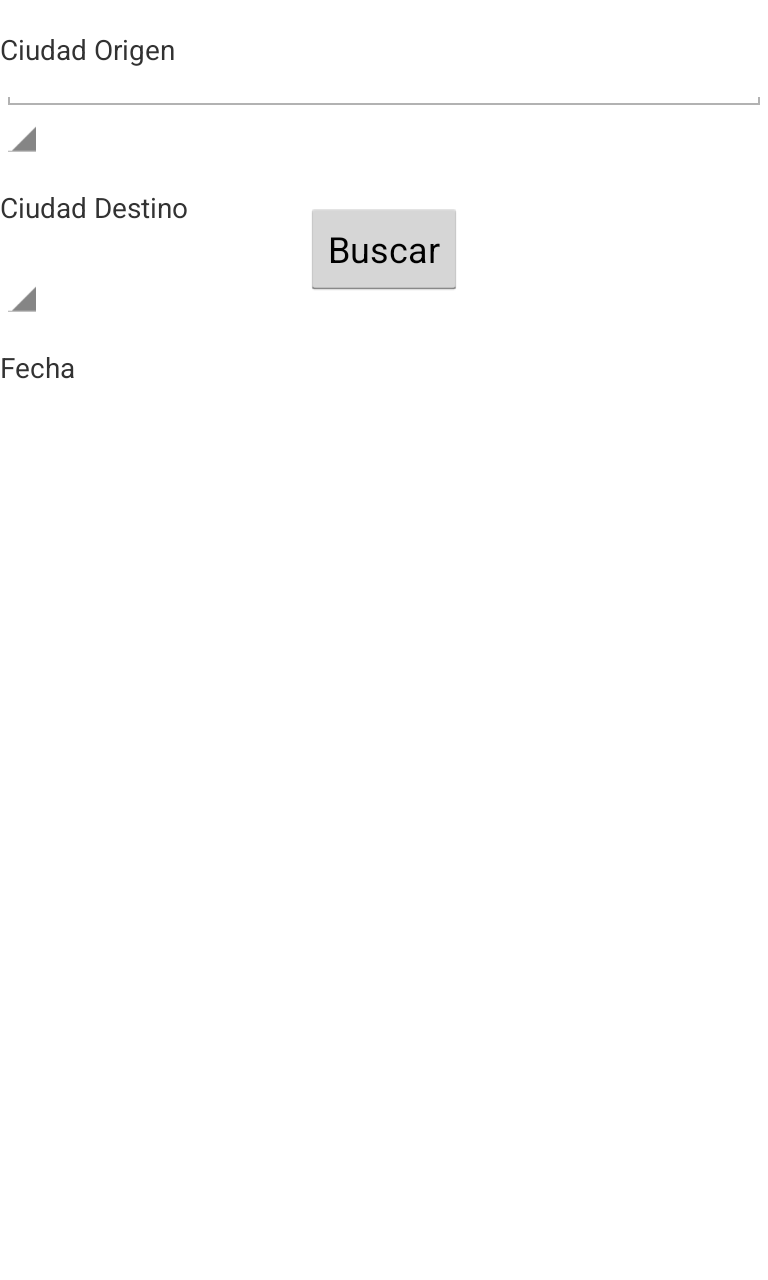
Repository: fmora/ProyectoMultimedios
Layout: MainActivity/MainActivity/res/layout/search_travel.xml
These files come from the project's save history. The layout is drawn as it stood at one moment and after the next save; the edit follows.
It is drawn on a 768 x 1280 px phone screen (xhdpi) without system bars, with theme AppTheme; the app's code is not run. Lists and similar views that code fills are empty.

Above is the layout before, as saved 2013-12-20 02:38:04.

### MainActivity/MainActivity/res/layout/search_travel.xml
<?xml version="1.0" encoding="utf-8"?>
<RelativeLayout xmlns:android="http://schemas.android.com/apk/res/android"
    android:layout_width="match_parent"
    android:layout_height="match_parent"
    android:orientation="vertical" >

    <TextView
        android:id="@+id/textView2"
        android:layout_width="wrap_content"
        android:layout_height="wrap_content"
        android:layout_alignLeft="@+id/textView1"
        android:layout_below="@+id/spinner1"
        android:layout_marginTop="14dp"
        android:text="@string/es_destination" />

    <TextView
        android:id="@+id/textView1"
        android:layout_width="wrap_content"
        android:layout_height="wrap_content"
        android:layout_alignParentLeft="true"
        android:layout_alignParentTop="true"
        android:layout_marginTop="15dp"
        android:text="@string/es_source" />

    <Spinner
        android:id="@+id/spinner1"
        android:layout_width="wrap_content"
        android:layout_height="wrap_content"
        android:layout_alignParentLeft="true"
        android:layout_below="@+id/textView1"
        android:layout_marginTop="14dp" />

    <Spinner
        android:id="@+id/spinner2"
        android:layout_width="wrap_content"
        android:layout_height="wrap_content"
        android:layout_alignParentLeft="true"
        android:layout_below="@+id/textView2"
        android:layout_marginTop="15dp" />

    <TextView
        android:id="@+id/TextView01"
        android:layout_width="wrap_content"
        android:layout_height="wrap_content"
        android:layout_alignParentLeft="true"
        android:layout_below="@+id/spinner2"
        android:layout_marginTop="14dp"
        android:text="@string/es_date" />

    <EditText
        android:id="@+id/editText1"
        android:layout_width="wrap_content"
        android:layout_height="wrap_content"
        android:layout_alignParentLeft="true"
        android:layout_alignParentRight="true"
        android:layout_below="@+id/textView3"
        android:layout_marginTop="17dp"
        android:ems="10" />

    <Button
        android:id="@+id/button1"
        android:layout_width="wrap_content"
        android:layout_height="wrap_content"
        android:layout_below="@+id/editText1"
        android:layout_centerHorizontal="true"
        android:layout_marginTop="44dp"
        android:text="@string/es_search" />

    <ListView
        android:id="@+id/listView1"
        android:layout_width="match_parent"
        android:layout_height="wrap_content"
        android:layout_alignParentLeft="true"
        android:layout_alignParentTop="true" />
</RelativeLayout>

### MainActivity/MainActivity/res/values/strings.xml
<?xml version="1.0" encoding="utf-8"?>
<resources>

    <string name="app_name">Carpooling</string>
    <string name="action_settings">Settings</string>
    <string name="hello_world">Hello world!</string>
    <string name="es_registerTravel">Por favor llenar los siguientes campos respecto a la información relativa a su viaje.</string>
    <string name="es_source">Ciudad Origen</string>
    <string name="es_destination">Ciudad Destino</string>
    <string name="es_date">Fecha</string>
    <string name="es_hour">Hora</string>
    <string name="es_sourcePoint">Punto de Partida</string>
    <string name="es_sourcePointGPS">Punto de Partida GPS</string>
    <string name="es_destinationPoint">Punto de Llegada</string>
    <string name="es_destinationPointGPS">Punto de Llegada GPS</string>
    <string name="es_register">Registrar</string>
    <string name="es_cancel">Cancelar</string>
    <string name="title_activity_register_travel">Registro de Viaje</string>
    <string name="es_registring">Registrando</string>
    <string name="es_canceling">Cancelado</string>
    <string name="es_finish">Finalizado</string>
    <string name="es_registered">Registrado</string>
    <string name="es_loaded">Datos Cargados</string>
    <string name="es_search">Buscar</string>
    <string name="name">user</string>
    <string name="pass">pass</string>
    <string name="error_message">Usuario y contraseña incorrectos, por favor ingrese nuevamente.</string>
    <string name="title_activity_search__travel">Search_Travel</string>
    <string name="title_activity_search_travel">SearchTravel</string>

</resources>

Loaded but not shown: MainActivity/MainActivity/res/values/styles.xml (common file); MainActivity/MainActivity/res/values-v11/styles.xml (common file); MainActivity/MainActivity/res/values-v14/styles.xml (common file)

After the next save:
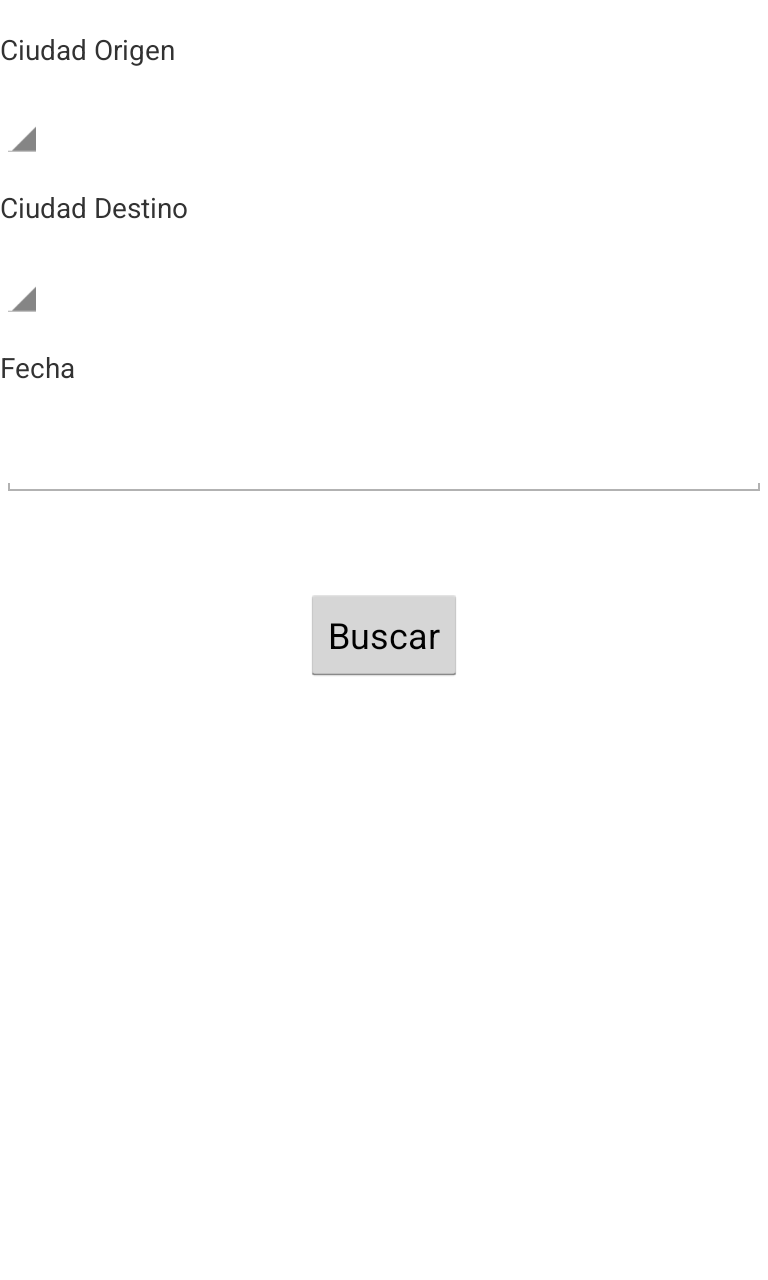
Saved 19 s later.
--- a/MainActivity/MainActivity/res/layout/search_travel.xml
+++ b/MainActivity/MainActivity/res/layout/search_travel.xml
@@ -53,7 +53,7 @@
         android:layout_height="wrap_content"
         android:layout_alignParentLeft="true"
         android:layout_alignParentRight="true"
-        android:layout_below="@+id/textView3"
+        android:layout_below="@+id/TextView01"
         android:layout_marginTop="17dp"
         android:ems="10" />
 
